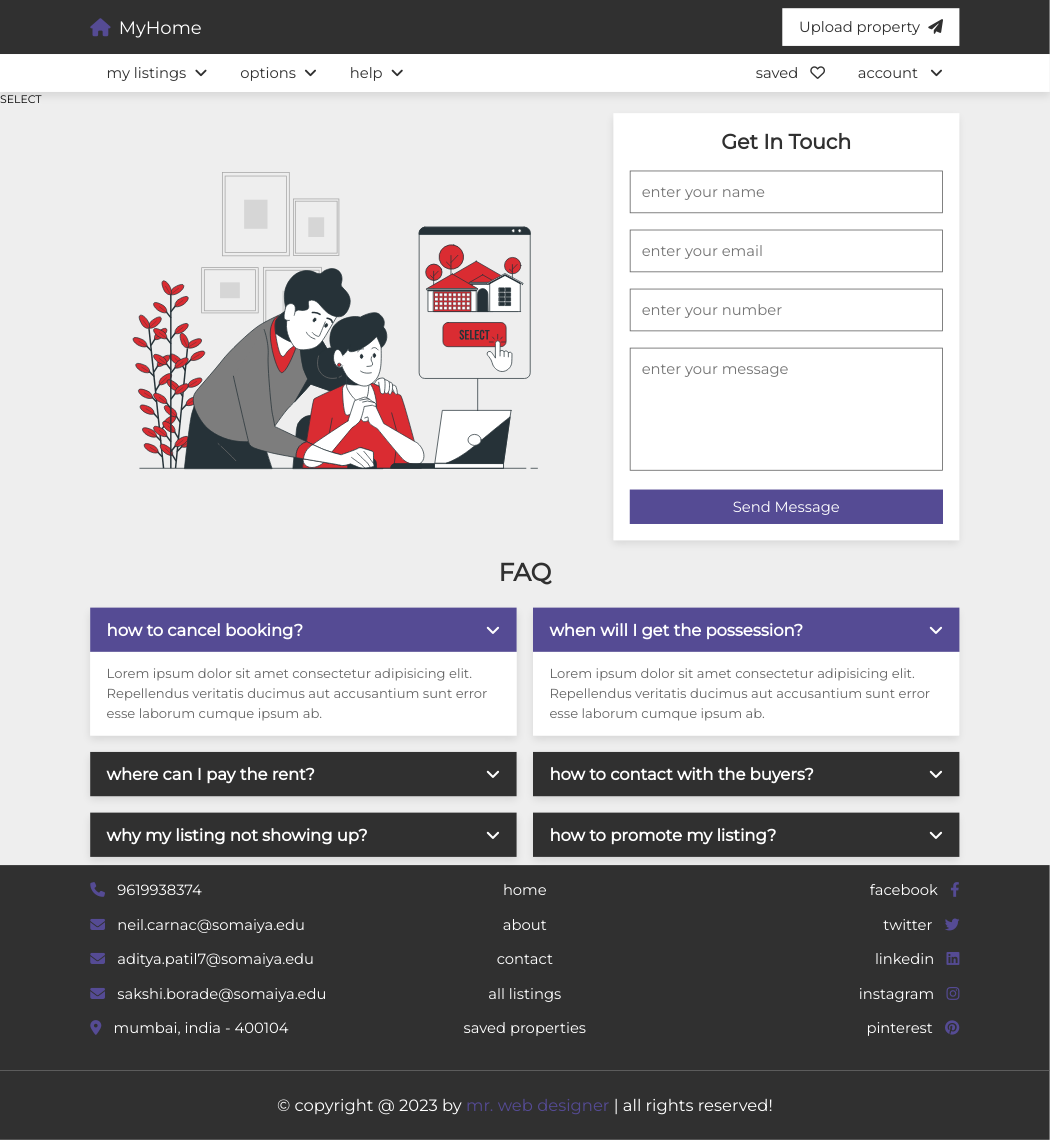
Repository: adi-tya999/wpl-project-realestatewebsite-main
Page: http://localhost/project/contact.php
The author's editor kept a copy of each file at every save. The page is drawn from the files as they stood at one save, then again after a run of saves.
The browser window is 1280 px wide. The pictures show the whole page, at 82% of full size.
The page is run by PHP 8.4 with error messages shown; the project is at /var/www/html/.

Above is the page before, as saved 2023-04-29 16:31:56.

After the next 5 saves:
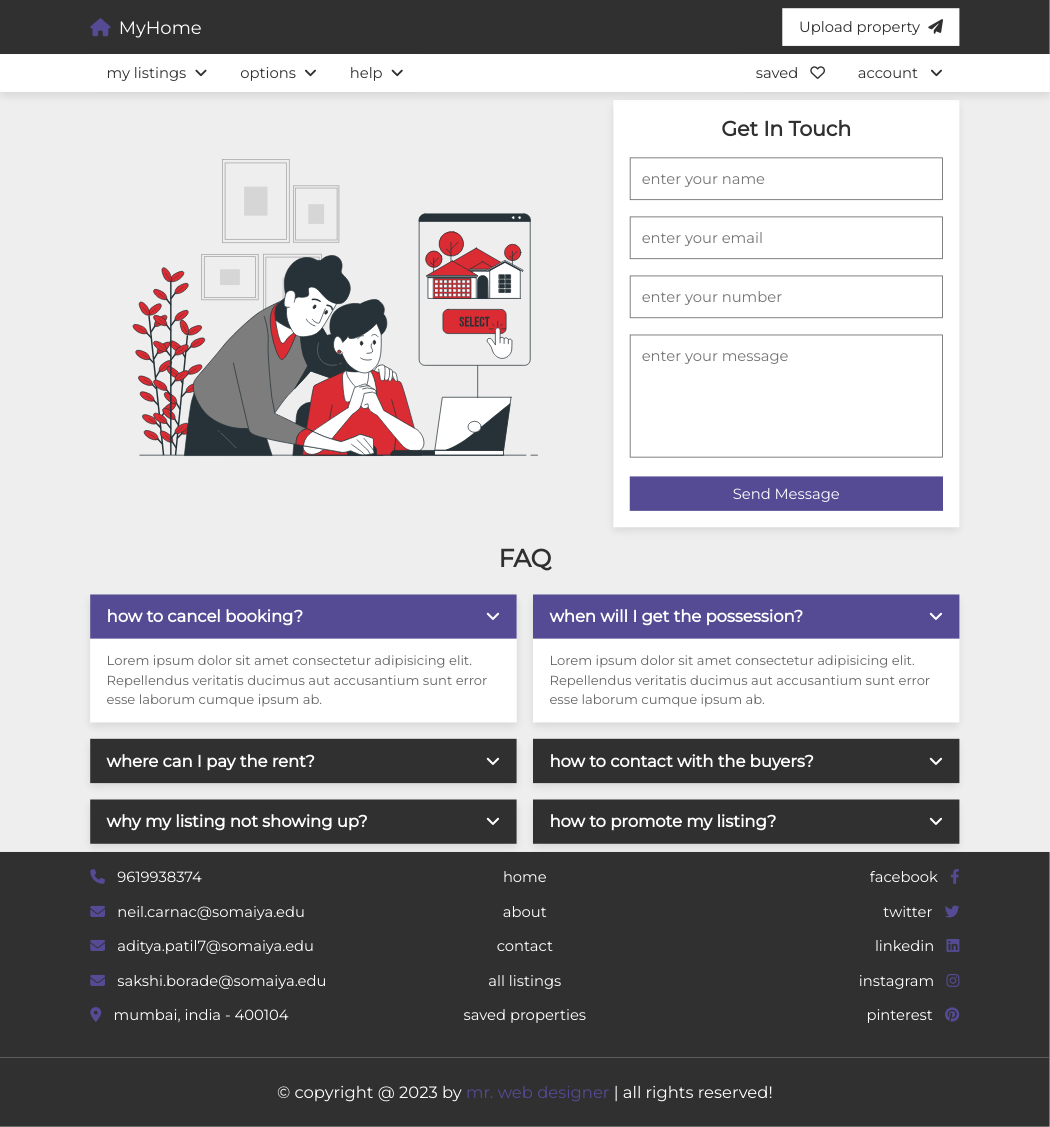
The 5 saves are shown as one change because they came seconds apart.
The last was saved 20 s later.
--- a/project/contact.php
+++ b/project/contact.php
@@ -54,15 +54,9 @@ if(isset($_POST['send'])){
 
 <?php include 'components/user_header.php'; ?>
 
-<style>
-.selectionbutton{
-   left: 100px;
-}
-</style>
+
 <!-- contact section starts  -->
-<div class="selectionbuttondivs">
-<button class="selectionbutton">SELECT</button>
-</div>
+
 
 <section class="contact">
    <div class="row">
